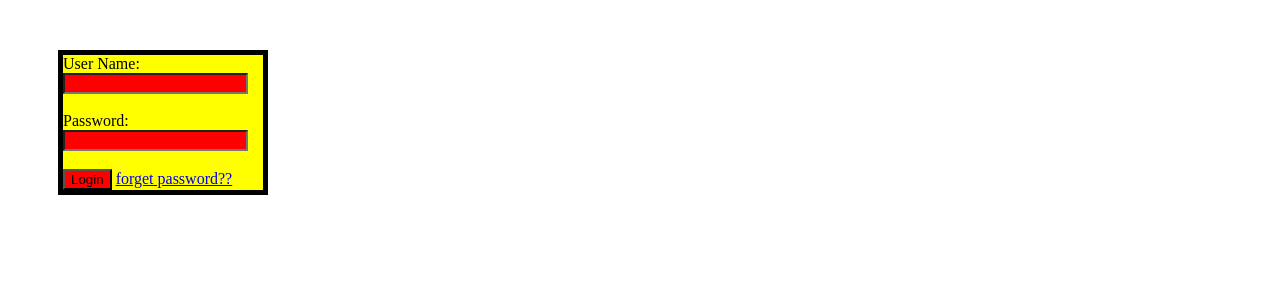
Repository: AmritOjha01/sms
Page: http://localhost/StudentManagementSystem/UserController?action=listUser
The author's editor kept a copy of each file at every save. The page is drawn from the files as they stood at one save, then again after the next save.
The browser window is 1280 px wide. The pictures show the whole page.
The page is served by Tomcat 9. Other server files are loaded and not shown.

Above is the page before, as saved 2017-03-27 11:18:16.

### StudentManagementSystem/WebContent/login.jsp
<%@ page language="java" contentType="text/html; charset=ISO-8859-1"
	pageEncoding="ISO-8859-1"%>
<!DOCTYPE html PUBLIC "-//W3C//DTD HTML 4.01 Transitional//EN" "http://www.w3.org/TR/html4/loose.dtd">
<html>
<head>
<meta http-equiv="Content-Type" content="text/html; charset=ISO-8859-1">
<title>Insert title here</title>
<style type="text/css">
#f {
	background-color: yellow;
	width: 200px;
	border-width: 5px;
	border-style: solid;
	margin: 50px
}

input {
	background-color: red;
}

.css-style{


}
</style>
</head>
<body>
	<form action="LoginController" method="post" id="f">
		User Name: <input type="text" name="uName"><br> <br>
		Password: <input type="password" name="pass"><br> <br>
		<input type="submit" value="Login"> <a
			href="LoginController?action=getpassword">forget password??</a>
	</form>
</body>
</html>

### StudentManagementSystem/src/com/krishna/sis/controller/UserController.java
package com.krishna.sis.controller;

import java.io.IOException;
import java.text.ParseException;
import java.text.SimpleDateFormat;
import java.util.Date;

import javax.servlet.RequestDispatcher;
import javax.servlet.ServletException;
import javax.servlet.annotation.WebServlet;
import javax.servlet.http.HttpServlet;
import javax.servlet.http.HttpServletRequest;
import javax.servlet.http.HttpServletResponse;
import javax.servlet.http.HttpSession;

import com.krishna.sis.dto.UserDTO;
import com.krishna.sis.service.UserService;
import com.krishna.sis.service.UserServiceImpl;
import com.krishna.sis.util.EmailUtility;

@WebServlet("/UserController")
public class UserController extends HttpServlet {
	private static final long serialVersionUID = 1L;
	private static String INSERT_OR_EDIT = "/userCreate.jsp";
	private static String LIST_USER = "/userList.jsp";
	private static String LOGIN = "/login.jsp";
	private static String PREVIOUS_PWD = "/previousUserPassword.jsp";

	private UserService userService;

	public UserController() {
		super();
		userService = new UserServiceImpl();
	}

	protected void doGet(HttpServletRequest request, HttpServletResponse response)
			throws ServletException, IOException {
		String forward = "";
		String name = "";
		HttpSession session = request.getSession(false);
		if (session != null)
			name = (String) session.getAttribute("uname");
		else
			name = null;
		if (name != null) {
			String action = request.getParameter("action");

			if (action.equalsIgnoreCase("delete")) {
				int userId = Integer.parseInt(request.getParameter("userid"));
				userService.deleteUser(userId);
				forward = LIST_USER;
				request.setAttribute("users", userService.getAllUsers());
			} else if (action.equalsIgnoreCase("edit")) {
				forward = INSERT_OR_EDIT;
				int userId = Integer.parseInt(request.getParameter("userid"));
				UserDTO user = userService.getUserById(userId);
				request.setAttribute("user", user);
			} else if (action.equalsIgnoreCase("listUser")) {
				forward = LIST_USER;
				request.setAttribute("users", userService.getAllUsers());
			} else if (action.equalsIgnoreCase("insert")) {
				forward = INSERT_OR_EDIT;
			} else {
				forward = PREVIOUS_PWD;

			}
		} else {
			forward = LOGIN;
		}
		RequestDispatcher view = request.getRequestDispatcher(forward);
		view.forward(request, response);
	}

	protected void doPost(HttpServletRequest request, HttpServletResponse response)
			throws ServletException, IOException {
		UserDTO userDTO = new UserDTO();
		userDTO.setFirstName(request.getParameter("firstName"));
		userDTO.setLastName(request.getParameter("lastName"));
		userDTO.setUsername(request.getParameter("username"));
		userDTO.setPassword(request.getParameter("password"));
		String dateOfBirth = request.getParameter("dob");
		try {
			Date dob = new SimpleDateFormat("yyyy-MM-dd").parse(dateOfBirth);
			userDTO.setDob(dob);
		} catch (ParseException e) {
			e.printStackTrace();
		}
		userDTO.setEmail(request.getParameter("email"));
		String userid = request.getParameter("userid");
		if (userid == null || userid.isEmpty()) {
			userService.saveUser(userDTO);
			EmailUtility.sendEmail(userDTO.getPassword());
		} else {
			userDTO.setUserId(Integer.parseInt(userid));
			userService.updateUser(userDTO);
		}

		RequestDispatcher view = request.getRequestDispatcher(LIST_USER);
		request.setAttribute("users", userService.getAllUsers());
		view.forward(request, response);
	}
}

### StudentManagementSystem/src/com/krishna/sis/service/UserServiceImpl.java
package com.krishna.sis.service;

import java.util.List;

import com.krishna.sis.dao.UserDao;
import com.krishna.sis.dao.UserDaoImpl;
import com.krishna.sis.dto.UserDTO;

public class UserServiceImpl implements UserService {

	UserDao userDao = new UserDaoImpl();

	@Override
	public boolean saveUser(UserDTO userDTO) {
		return userDao.saveUser(userDTO);
	}

	@Override
	public boolean updateUser(UserDTO userDTO) {
		return userDao.updateUser(userDTO);
	}

	@Override
	public List<UserDTO> getAllUsers() {
		return userDao.getAllUsers();
	}

	@Override
	public UserDTO getUserById(int userId) {
		return userDao.getUserById(userId);
	}

	@Override
	public void deleteUser(int userId) {
		userDao.deleteUser(userId);

	}

	@Override
	public UserDTO getUserByUserNameAndPassword(String username, String password) {
		return userDao.getUserByUserNameAndPassword(username, password);
	}

	@Override
	public UserDTO getPasswordByEmail(String email) {

		return userDao.getPasswordByEmail(email);
	}

	@Override
	public UserDTO getPasswordByPassword(String pwd) {

		return userDao.getPasswordByPassword(pwd);
	}

}

### StudentManagementSystem/src/com/krishna/sis/dao/UserDao.java
package com.krishna.sis.dao;

import java.util.List;

import com.krishna.sis.dto.UserDTO;

public interface UserDao {
	public boolean saveUser(UserDTO userDTO);

	public boolean updateUser(UserDTO userDTO);

	public List<UserDTO> getAllUsers();

	public UserDTO getUserById(int userId);

	public void deleteUser(int userId);

	public UserDTO getUserByUserNameAndPassword(String username, String password);

	public UserDTO getPasswordByEmail(String email);

	public UserDTO getPasswordByPassword(String pwd);
}

### StudentManagementSystem/src/com/krishna/sis/dao/UserDaoImpl.java
package com.krishna.sis.dao;

import java.sql.PreparedStatement;
import java.sql.ResultSet;
import java.util.ArrayList;
import java.util.List;

import com.krishna.sis.dto.UserDTO;
import com.krishna.sis.util.DbUtil;
import com.krishna.sis.util.QueryUtil;

public class UserDaoImpl implements UserDao {
	public boolean saveUser(UserDTO userDTO) {
		PreparedStatement ps = null;
		int savedUser = 0;
		try {
			ps = DbUtil.getConnection().prepareStatement(QueryUtil.CREATE_USER);
			// ps.setNull(1, java.sql.Types.INTEGER);
			ps.setString(1, userDTO.getFirstName());
			ps.setString(2, userDTO.getLastName());
			ps.setString(3, userDTO.getEmail());
			ps.setDate(4, new java.sql.Date(userDTO.getDob().getTime()));
			ps.setString(5, userDTO.getUsername());
			ps.setString(6, userDTO.getPassword());
			savedUser = ps.executeUpdate();

		} catch (Exception ex) {
			ex.printStackTrace();
		} finally {
			DbUtil.closeAll(ps);
		}
		if (savedUser >= 1) {
			return true;
		}
		return false;
	}

	public boolean updateUser(UserDTO userDTO) {
		PreparedStatement ps = null;
		int uUpdated = 0;
		try {
			ps = DbUtil.getConnection().prepareStatement(QueryUtil.UPDATE_USER);
			ps.setString(1, userDTO.getFirstName());
			ps.setString(2, userDTO.getLastName());
			ps.setString(3, userDTO.getEmail());
			ps.setDate(4, new java.sql.Date(userDTO.getDob().getTime()));
			ps.setString(5, userDTO.getPassword());
			ps.setInt(6, userDTO.getUserId());
			uUpdated = ps.executeUpdate();
		} catch (Exception ex) {
			ex.printStackTrace();
		} finally {
			DbUtil.closeAll(ps);
		}
		if (uUpdated >= 1) {
			return true;
		}
		return false;
	}

	public List<UserDTO> getAllUsers() {
		List<UserDTO> users = new ArrayList<UserDTO>();
		PreparedStatement ps = null;
		try {
			ps = DbUtil.getConnection().prepareStatement(QueryUtil.GET_ALL_USER);
			ResultSet rs = ps.executeQuery();
			while (rs.next()) {
				UserDTO userDTO = new UserDTO();
				userDTO.setUserId(rs.getInt("user_id"));
				userDTO.setFirstName(rs.getString("first_name"));
				userDTO.setLastName(rs.getString("last_name"));
				userDTO.setDob(rs.getDate("dob"));
				userDTO.setEmail(rs.getString("email"));
				userDTO.setUsername(rs.getString("username"));
				users.add(userDTO);
			}
		} catch (Exception ex) {
			ex.printStackTrace();
		} finally {
			DbUtil.closeAll(ps);
		}

		return users;
	}

	public UserDTO getUserById(int userId) {
		UserDTO user = new UserDTO();
		PreparedStatement ps = null;
		try {
			ps = DbUtil.getConnection().prepareStatement(QueryUtil.GET_USER_BY_ID);
			ps.setInt(1, userId);
			ResultSet rs = ps.executeQuery();
			if (rs.next()) {
				user.setUserId(rs.getInt("user_id"));
				user.setFirstName(rs.getString("first_name"));
				user.setLastName(rs.getString("last_name"));
				user.setDob(rs.getDate("dob"));
				user.setEmail(rs.getString("email"));
				user.setUsername(rs.getString("username"));
			}
		} catch (Exception ex) {
			ex.printStackTrace();
		} finally {
			DbUtil.closeAll(ps);
		}
		return user;
	}

	public void deleteUser(int userId) {
		PreparedStatement ps = null;
		try {
			ps = DbUtil.getConnection().prepareStatement(QueryUtil.DELETE_USER);
			ps.setInt(1, userId);
			ps.executeUpdate();

		} catch (Exception ex) {
			ex.printStackTrace();
		} finally {
			DbUtil.closeAll(ps);
		}
	}

	public UserDTO getUserByUserNameAndPassword(String username, String password) {
		UserDTO user = new UserDTO();
		PreparedStatement ps = null;
		try {
			ps = DbUtil.getConnection().prepareStatement(QueryUtil.GET_USER_BY_USERNAME_AND_PASSWORD);
			ps.setString(1, username);
			ps.setString(2, password);
			ResultSet rs = ps.executeQuery();
			if (rs.next()) {
				user.setUserId(rs.getInt("user_id"));
				user.setUsername(rs.getString("username"));
				user.setPassword(rs.getString("password"));
			}
		} catch (Exception ex) {
			ex.printStackTrace();
		} finally {
			DbUtil.closeAll(ps);
		}
		return user;
	}

	@Override
	public UserDTO getPasswordByEmail(String email) {
		UserDTO user = new UserDTO();
		PreparedStatement ps = null;
		try {
			ps = DbUtil.getConnection().prepareStatement(QueryUtil.GET_BY_EMAIL);
			ps.setString(1, email);
			ResultSet rs = ps.executeQuery();
			if (rs.next()) {
				user.setUserId(rs.getInt("user_id"));
				user.setFirstName(rs.getString("first_name"));
				user.setLastName(rs.getString("last_name"));
				user.setDob(rs.getDate("dob"));
				user.setEmail(rs.getString("email"));
				user.setUsername(rs.getString("username"));
				user.setPassword(rs.getString("password"));
			}
		} catch (Exception ex) {
			ex.printStackTrace();
		} finally {
			DbUtil.closeAll(ps);
		}
		return user;
	}

	@Override
	public UserDTO getPasswordByPassword(String pwd) {

		UserDTO user = new UserDTO();
		PreparedStatement ps = null;
		try {
			ps = DbUtil.getConnection().prepareStatement(QueryUtil.GET_PASSWORD_BY_PASSWORD);
			ps.setString(1, pwd);
			ResultSet rs = ps.executeQuery();
			if (rs.next()) {
				user.setUserId(rs.getInt("user_id"));
				user.setFirstName(rs.getString("first_name"));
				user.setLastName(rs.getString("last_name"));
				user.setDob(rs.getDate("dob"));
				user.setEmail(rs.getString("email"));
				user.setUsername(rs.getString("username"));
				user.setPassword(rs.getString("password"));
			}
		} catch (Exception ex) {
			ex.printStackTrace();
		} finally {
			DbUtil.closeAll(ps);
		}
		return user;
	}
}

After the next save:
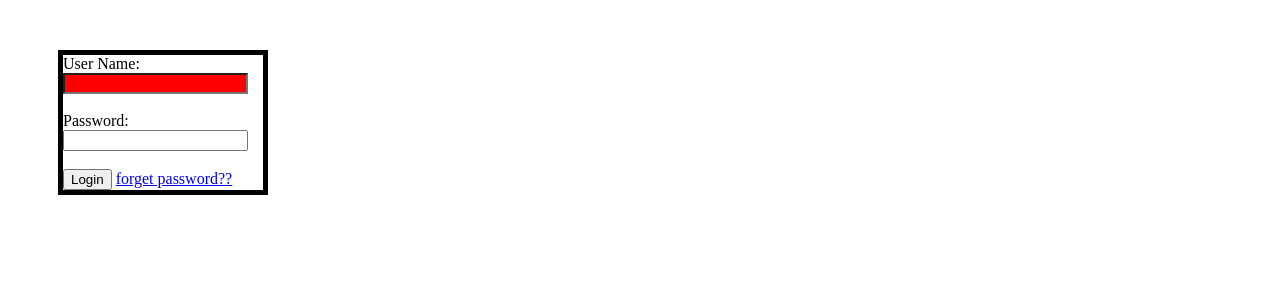
Saved 42 s later.
--- a/StudentManagementSystem/WebContent/login.jsp
+++ b/StudentManagementSystem/WebContent/login.jsp
@@ -7,26 +7,20 @@
 <title>Insert title here</title>
 <style type="text/css">
 #f {
-	background-color: yellow;
 	width: 200px;
 	border-width: 5px;
 	border-style: solid;
 	margin: 50px
 }
 
-input {
-	background-color: red;
-}
-
-.css-style{
-
-
+.css-style {
+	background-color: red
 }
 </style>
 </head>
 <body>
 	<form action="LoginController" method="post" id="f">
-		User Name: <input type="text" name="uName"><br> <br>
+		User Name: <input type="text" name="uName" class="css-style "><br> <br>
 		Password: <input type="password" name="pass"><br> <br>
 		<input type="submit" value="Login"> <a
 			href="LoginController?action=getpassword">forget password??</a>
